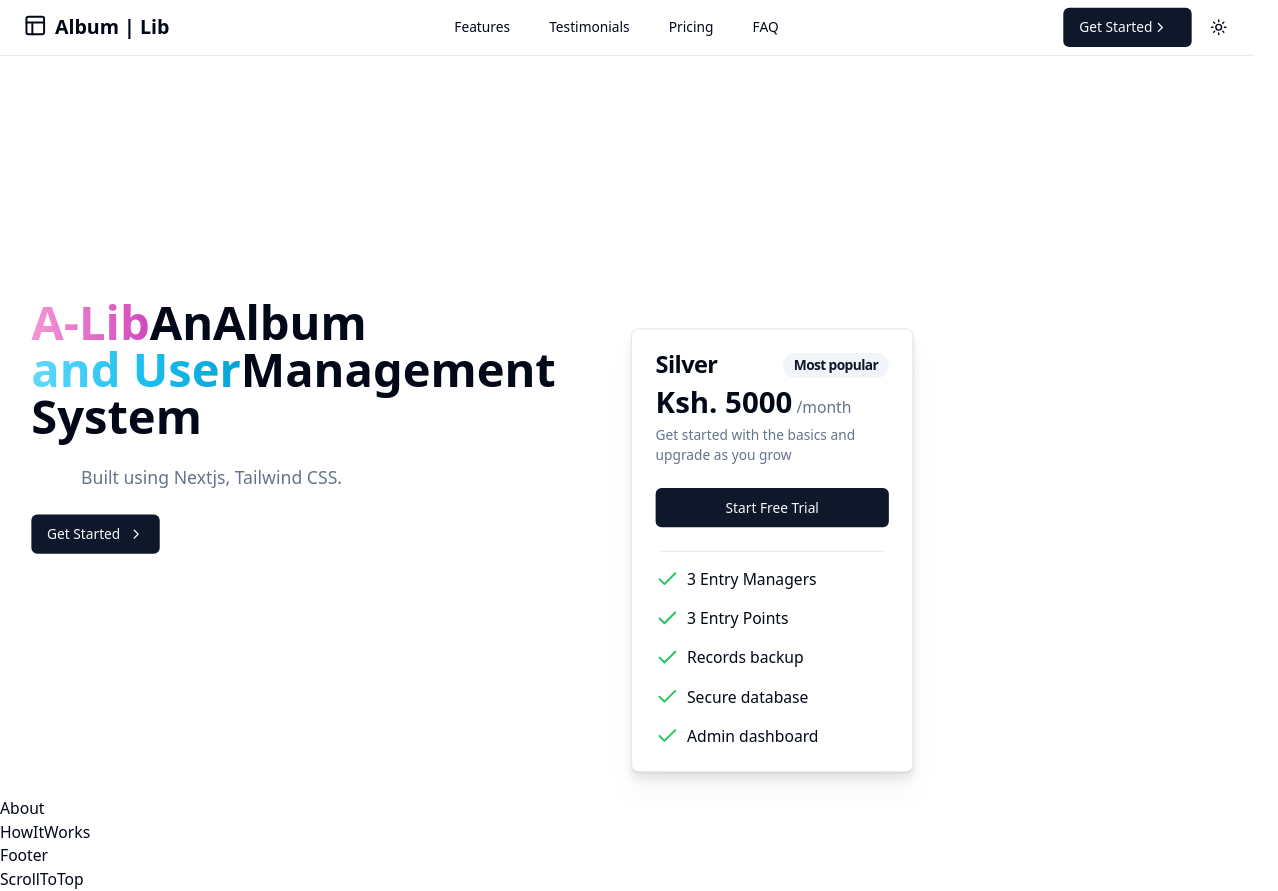
Repository: DevLaukey/savannah-informatics-test
Page: /
The author's editor kept a copy of each file at every save. The page is drawn from the files as they stood at one save, then again after the next save.
The browser window is 1280 px wide. The page is 1294 px wide, then 1304 px, so the pictures cover 1304 px, including what lies to the right of the window. The pictures show the whole page, at 98% of full size.
The project was rebuilt for these pictures with package versions that can differ from the ones it lists, and the page was loaded fresh each time. The framework's server and built-in components were replaced by stand-ins that run in the browser. Also part of the build but not shown: next.config.mjs, components/ui/avatar.jsx, components/landing-page/LightBulbIcon.jsx.

Above is the page before, as saved 2024-06-04 22:00:32.

### app/layout.jsx
import "./globals.css";
import { Inter as FontSans } from "next/font/google";

import { cn } from "@/lib/utils";
import { ThemeProvider } from "@/lib/theme-provider";

const fontSans = FontSans({
  subsets: ["latin"],
  variable: "--font-sans",
});

export default function RootLayout({ children }) {
  return (
    <html lang="en" suppressHydrationWarning>
      <head />
      <body
        className={cn(
          "min-h-screen bg-background font-sans antialiased",
          fontSans.variable
        )}
      >
        <ThemeProvider
          attribute="class"
          defaultTheme="system"
          enableSystem
          disableTransitionOnChange
        >
          {children}
        </ThemeProvider>
      </body>
    </html>
  );
}

### app/page.jsx
import Footer from "@/components/Footer";
import About from "@/components/landing-page/About";
import Hero from "@/components/landing-page/Hero";
import HowItWorks from "@/components/landing-page/HowItWorks";
import Navbar from "@/components/Navbar";
import ScrollToTop from "@/components/ScrollToTop";


// this is the landing page
export default function Home() {
  return (
    <>
      <Navbar />
      <Hero />
      <About />
      <HowItWorks />
      <Footer />
      <ScrollToTop />
    </>
  );
}

### components/landing-page/Hero.jsx
import { ChevronRight } from "lucide-react";
import { HeroCards } from "./HeroCards";
import { Button, buttonVariants } from "@/components/ui/button";

const Hero = () => {
  return (
    <section className="w-full container grid grid-cols-1 md:grid-cols-2 place-items-center py-20 md:py-32 ">
      <div className="text-center md:text-left space-y-6">
        <main className="text-3xl md:text-5xl font-bold">
          <h1 className="inline-block">
            <span className="inline bg-gradient-to-r from-[#F596D3] to-[#D247BF] text-transparent bg-clip-text">
              A-Lib
            </span>
            An
          </h1>
          Album
          <h2 className="inline-block">
            <span className="inline bg-gradient-to-r from-[#61DAFB] via-[#1fc0f1] to-[#03a3d7] text-transparent bg-clip-text">
              and User
            </span>
            Management System
          </h2>
        </main>

        <p className="text-lg text-muted-foreground md:w-10/12 mx-auto">
          Built using Nextjs, Tailwind CSS.
        </p>

        <Button
          type="button"
          className={
            "flex justify-center items-center" + buttonVariants({ variant: "primary" })
          }
        >
          Get Started
          <ChevronRight className="ml-2 h-4 w-4" />
        </Button>
      </div>

      {/* Hero cards sections */}
      <div className="z-10">
        <HeroCards />
      </div>

      {/* Shadow effect */}
      <div className="shadow"></div>
    </section>
  );
};

export default Hero;

### components/landing-page/HowItWorks.jsx
import React from 'react'

function HowItWorks() {
  return (
    <div>HowItWorks</div>
  )
}

export default HowItWorks

### components/Navbar.jsx
"use client";
import React, { useState } from "react";
import {
  NavigationMenu,
  NavigationMenuItem,
  NavigationMenuList,
} from "@/components/ui/navigation-menu";
import {
  Sheet,
  SheetContent,
  SheetHeader,
  SheetTitle,
  SheetTrigger,
} from "@/components/ui/sheet";
import { Button, buttonVariants } from "./ui/button";
import { ChevronRight, Menu } from "lucide-react";
import ModeToggle from "./mode-toggle";
import { LogoIcon } from "./Icons";

const routeList = [
  {
    href: "#features",
    label: "Features",
  },
  {
    href: "#testimonials",
    label: "Testimonials",
  },
  {
    href: "#pricing",
    label: "Pricing",
  },
  {
    href: "#faq",
    label: "FAQ",
  },
];

const Navbar = () => {
  const [isOpen, setIsOpen] = useState(false);
  return (
    <header className="sticky border-b-[1px] top-0 z-40 w-full bg-white dark:border-b-slate-700 dark:bg-background">
      <NavigationMenu className="mx-auto">
        <NavigationMenuList className="container h-14 px-4 w-screen flex justify-between">
          <NavigationMenuItem className="font-bold flex">
            <a
              rel="noreferrer noopener"
              href="/"
              className="ml-2 font-bold text-xl flex"
            >
              <LogoIcon />
              Album | Lib
            </a>
          </NavigationMenuItem>

          {/* mobile */}
          <span className="flex md:hidden">
            <ModeToggle />

            <Sheet open={isOpen} onOpenChange={setIsOpen}>
              <SheetTrigger className="px-2">
                <Menu
                  className="flex md:hidden h-5 w-5"
                  onClick={() => setIsOpen(true)}
                >
                  <span className="sr-only">Menu Icon</span>
                </Menu>
              </SheetTrigger>

              <SheetContent side={"left"}>
                <SheetHeader>
                  <SheetTitle className="font-bold text-xl">
                    Shadcn/React
                  </SheetTitle>
                </SheetHeader>
                <nav className="flex flex-col justify-center items-center gap-2 mt-4">
                  {routeList.map(({ href, label }) => (
                    <a
                      rel="noreferrer noopener"
                      key={label}
                      href={href}
                      onClick={() => setIsOpen(false)}
                      className={buttonVariants({ variant: "ghost" })}
                    >
                      {label}
                    </a>
                  ))}
                  <Button>
                    Get Started
                    <ChevronRight className="mr-2 h-4 w-4" />
                  </Button>
                </nav>
              </SheetContent>
            </Sheet>
          </span>

          {/* desktop */}
          <nav className="hidden md:flex gap-2">
            {routeList.map((route, i) => (
              <a
                rel="noreferrer noopener"
                href={route.href}
                key={i}
                className={`text-[17px] ${buttonVariants({
                  variant: "ghost",
                })}`}
              >
                {route.label}
              </a>
            ))}
          </nav>

          <div className="hidden md:flex gap-2">
            <Button>
              Get Started
              <ChevronRight className="mr-2 h-4 w-4" />
            </Button>
            <ModeToggle />
          </div>
        </NavigationMenuList>
      </NavigationMenu>
    </header>
  );
};
export default Navbar;

### components/ScrollToTop.jsx
import React from 'react'

function ScrollToTop() {
  return (
    <div>ScrollToTop</div>
  )
}

export default ScrollToTop

### components/ui/button.jsx
import * as React from "react"
import { Slot } from "@radix-ui/react-slot"
import { cva } from "class-variance-authority";

import { cn } from "@/lib/utils"

const buttonVariants = cva(
  "inline-flex items-center justify-center whitespace-nowrap rounded-md text-sm font-medium ring-offset-background transition-colors focus-visible:outline-none focus-visible:ring-2 focus-visible:ring-ring focus-visible:ring-offset-2 disabled:pointer-events-none disabled:opacity-50",
  {
    variants: {
      variant: {
        default: "bg-primary text-primary-foreground hover:bg-primary/90",
        destructive:
          "bg-destructive text-destructive-foreground hover:bg-destructive/90",
        outline:
          "border border-input bg-background hover:bg-accent hover:text-accent-foreground",
        secondary:
          "bg-secondary text-secondary-foreground hover:bg-secondary/80",
        ghost: "hover:bg-accent hover:text-accent-foreground",
        link: "text-primary underline-offset-4 hover:underline",
      },
      size: {
        default: "h-10 px-4 py-2",
        sm: "h-9 rounded-md px-3",
        lg: "h-11 rounded-md px-8",
        icon: "h-10 w-10",
      },
    },
    defaultVariants: {
      variant: "default",
      size: "default",
    },
  }
)

const Button = React.forwardRef(({ className, variant, size, asChild = false, ...props }, ref) => {
  const Comp = asChild ? Slot : "button"
  return (
    (<Comp
      className={cn(buttonVariants({ variant, size, className }))}
      ref={ref}
      {...props} />)
  );
})
Button.displayName = "Button"

export { Button, buttonVariants }

### components/ui/navigation-menu.jsx
import * as React from "react"
import * as NavigationMenuPrimitive from "@radix-ui/react-navigation-menu"
import { cva } from "class-variance-authority"
import { ChevronDown } from "lucide-react"

import { cn } from "@/lib/utils"

const NavigationMenu = React.forwardRef(({ className, children, ...props }, ref) => (
  <NavigationMenuPrimitive.Root
    ref={ref}
    className={cn(
      "relative z-10 flex max-w-max flex-1 items-center justify-center",
      className
    )}
    {...props}>
    {children}
    <NavigationMenuViewport />
  </NavigationMenuPrimitive.Root>
))
NavigationMenu.displayName = NavigationMenuPrimitive.Root.displayName

const NavigationMenuList = React.forwardRef(({ className, ...props }, ref) => (
  <NavigationMenuPrimitive.List
    ref={ref}
    className={cn(
      "group flex flex-1 list-none items-center justify-center space-x-1",
      className
    )}
    {...props} />
))
NavigationMenuList.displayName = NavigationMenuPrimitive.List.displayName

const NavigationMenuItem = NavigationMenuPrimitive.Item

const navigationMenuTriggerStyle = cva(
  "group inline-flex h-10 w-max items-center justify-center rounded-md bg-background px-4 py-2 text-sm font-medium transition-colors hover:bg-accent hover:text-accent-foreground focus:bg-accent focus:text-accent-foreground focus:outline-none disabled:pointer-events-none disabled:opacity-50 data-[active]:bg-accent/50 data-[state=open]:bg-accent/50"
)

const NavigationMenuTrigger = React.forwardRef(({ className, children, ...props }, ref) => (
  <NavigationMenuPrimitive.Trigger
    ref={ref}
    className={cn(navigationMenuTriggerStyle(), "group", className)}
    {...props}>
    {children}{" "}
    <ChevronDown
      className="relative top-[1px] ml-1 h-3 w-3 transition duration-200 group-data-[state=open]:rotate-180"
      aria-hidden="true" />
  </NavigationMenuPrimitive.Trigger>
))
NavigationMenuTrigger.displayName = NavigationMenuPrimitive.Trigger.displayName

const NavigationMenuContent = React.forwardRef(({ className, ...props }, ref) => (
  <NavigationMenuPrimitive.Content
    ref={ref}
    className={cn(
      "left-0 top-0 w-full data-[motion^=from-]:animate-in data-[motion^=to-]:animate-out data-[motion^=from-]:fade-in data-[motion^=to-]:fade-out data-[motion=from-end]:slide-in-from-right-52 data-[motion=from-start]:slide-in-from-left-52 data-[motion=to-end]:slide-out-to-right-52 data-[motion=to-start]:slide-out-to-left-52 md:absolute md:w-auto ",
      className
    )}
    {...props} />
))
NavigationMenuContent.displayName = NavigationMenuPrimitive.Content.displayName

const NavigationMenuLink = NavigationMenuPrimitive.Link

const NavigationMenuViewport = React.forwardRef(({ className, ...props }, ref) => (
  <div className={cn("absolute left-0 top-full flex justify-center")}>
    <NavigationMenuPrimitive.Viewport
      className={cn(
        "origin-top-center relative mt-1.5 h-[var(--radix-navigation-menu-viewport-height)] w-full overflow-hidden rounded-md border bg-popover text-popover-foreground shadow-lg data-[state=open]:animate-in data-[state=closed]:animate-out data-[state=closed]:zoom-out-95 data-[state=open]:zoom-in-90 md:w-[var(--radix-navigation-menu-viewport-width)]",
        className
      )}
      ref={ref}
      {...props} />
  </div>
))
NavigationMenuViewport.displayName =
  NavigationMenuPrimitive.Viewport.displayName

const NavigationMenuIndicator = React.forwardRef(({ className, ...props }, ref) => (
  <NavigationMenuPrimitive.Indicator
    ref={ref}
    className={cn(
      "top-full z-[1] flex h-1.5 items-end justify-center overflow-hidden data-[state=visible]:animate-in data-[state=hidden]:animate-out data-[state=hidden]:fade-out data-[state=visible]:fade-in",
      className
    )}
    {...props}>
    <div
      className="relative top-[60%] h-2 w-2 rotate-45 rounded-tl-sm bg-border shadow-md" />
  </NavigationMenuPrimitive.Indicator>
))
NavigationMenuIndicator.displayName =
  NavigationMenuPrimitive.Indicator.displayName

export {
  navigationMenuTriggerStyle,
  NavigationMenu,
  NavigationMenuList,
  NavigationMenuItem,
  NavigationMenuContent,
  NavigationMenuTrigger,
  NavigationMenuLink,
  NavigationMenuIndicator,
  NavigationMenuViewport,
}

### components/ui/sheet.jsx
"use client";
import * as React from "react"
import * as SheetPrimitive from "@radix-ui/react-dialog"
import { cva } from "class-variance-authority";
import { X } from "lucide-react"

import { cn } from "@/lib/utils"

const Sheet = SheetPrimitive.Root

const SheetTrigger = SheetPrimitive.Trigger

const SheetClose = SheetPrimitive.Close

const SheetPortal = SheetPrimitive.Portal

const SheetOverlay = React.forwardRef(({ className, ...props }, ref) => (
  <SheetPrimitive.Overlay
    className={cn(
      "fixed inset-0 z-50 bg-black/80  data-[state=open]:animate-in data-[state=closed]:animate-out data-[state=closed]:fade-out-0 data-[state=open]:fade-in-0",
      className
    )}
    {...props}
    ref={ref} />
))
SheetOverlay.displayName = SheetPrimitive.Overlay.displayName

const sheetVariants = cva(
  "fixed z-50 gap-4 bg-background p-6 shadow-lg transition ease-in-out data-[state=open]:animate-in data-[state=closed]:animate-out data-[state=closed]:duration-300 data-[state=open]:duration-500",
  {
    variants: {
      side: {
        top: "inset-x-0 top-0 border-b data-[state=closed]:slide-out-to-top data-[state=open]:slide-in-from-top",
        bottom:
          "inset-x-0 bottom-0 border-t data-[state=closed]:slide-out-to-bottom data-[state=open]:slide-in-from-bottom",
        left: "inset-y-0 left-0 h-full w-3/4 border-r data-[state=closed]:slide-out-to-left data-[state=open]:slide-in-from-left sm:max-w-sm",
        right:
          "inset-y-0 right-0 h-full w-3/4  border-l data-[state=closed]:slide-out-to-right data-[state=open]:slide-in-from-right sm:max-w-sm",
      },
    },
    defaultVariants: {
      side: "right",
    },
  }
)

const SheetContent = React.forwardRef(({ side = "right", className, children, ...props }, ref) => (
  <SheetPortal>
    <SheetOverlay />
    <SheetPrimitive.Content ref={ref} className={cn(sheetVariants({ side }), className)} {...props}>
      {children}
      <SheetPrimitive.Close
        className="absolute right-4 top-4 rounded-sm opacity-70 ring-offset-background transition-opacity hover:opacity-100 focus:outline-none focus:ring-2 focus:ring-ring focus:ring-offset-2 disabled:pointer-events-none data-[state=open]:bg-secondary">
        <X className="h-4 w-4" />
        <span className="sr-only">Close</span>
      </SheetPrimitive.Close>
    </SheetPrimitive.Content>
  </SheetPortal>
))
SheetContent.displayName = SheetPrimitive.Content.displayName

const SheetHeader = ({
  className,
  ...props
}) => (
  <div
    className={cn("flex flex-col space-y-2 text-center sm:text-left", className)}
    {...props} />
)
SheetHeader.displayName = "SheetHeader"

const SheetFooter = ({
  className,
  ...props
}) => (
  <div
    className={cn("flex flex-col-reverse sm:flex-row sm:justify-end sm:space-x-2", className)}
    {...props} />
)
SheetFooter.displayName = "SheetFooter"

const SheetTitle = React.forwardRef(({ className, ...props }, ref) => (
  <SheetPrimitive.Title
    ref={ref}
    className={cn("text-lg font-semibold text-foreground", className)}
    {...props} />
))
SheetTitle.displayName = SheetPrimitive.Title.displayName

const SheetDescription = React.forwardRef(({ className, ...props }, ref) => (
  <SheetPrimitive.Description
    ref={ref}
    className={cn("text-sm text-muted-foreground", className)}
    {...props} />
))
SheetDescription.displayName = SheetPrimitive.Description.displayName

export {
  Sheet,
  SheetPortal,
  SheetOverlay,
  SheetTrigger,
  SheetClose,
  SheetContent,
  SheetHeader,
  SheetFooter,
  SheetTitle,
  SheetDescription,
}

### components/mode-toggle.jsx
import React from "react";
import { Button } from "@/components/ui/button";
import {
  DropdownMenu,
  DropdownMenuContent,
  DropdownMenuItem,
  DropdownMenuTrigger,
} from "@/components/ui/dropdown-menu";
import { useTheme } from "@/lib/theme-provider";
import { Moon, Sun } from "lucide-react";

export default function ModeToggle() {
  const { setTheme } = useTheme();

  return (
    <DropdownMenu>
      <DropdownMenuTrigger asChild>
        <Button variant="ghost" size="icon" className="ghost">
          <Sun className="h-[1.1rem] w-[1.2rem] rotate-0 scale-100 transition-all dark:-rotate-90 dark:scale-0" />
          <Moon className="absolute h-[1.1rem] w-[1.2rem] rotate-90 scale-0 transition-all dark:rotate-0 dark:scale-100" />
          <span className="sr-only">Toggle theme</span>
        </Button>
      </DropdownMenuTrigger>
      <DropdownMenuContent align="end">
        <DropdownMenuItem onClick={() => setTheme("light")}>
          Light
        </DropdownMenuItem>
        <DropdownMenuItem onClick={() => setTheme("dark")}>
          Dark
        </DropdownMenuItem>
        <DropdownMenuItem onClick={() => setTheme("system")}>
          System
        </DropdownMenuItem>
      </DropdownMenuContent>
    </DropdownMenu>
  );
}

### components/Icons.jsx
export const LogoIcon = () => {
  return (
    <svg
      xmlns="http://www.w3.org/2000/svg"
      viewBox="0 0 24 24"
      fill="none"
      stroke="currentColor"
      strokeWidth="2"
      strokeLinecap="round"
      strokeLinejoin="round"
      className="lucide lucide-panels-top-left mr-2 w-6 h-6"
    >
      <rect width="18" height="18" x="3" y="3" rx="2" />
      <path d="M3 9h18" />
      <path d="M9 21V9" />
    </svg>
  );
};

### components/ui/badge.jsx
import * as React from "react"
import { cva } from "class-variance-authority";

import { cn } from "@/lib/utils"

const badgeVariants = cva(
  "inline-flex items-center rounded-full border px-2.5 py-0.5 text-xs font-semibold transition-colors focus:outline-none focus:ring-2 focus:ring-ring focus:ring-offset-2",
  {
    variants: {
      variant: {
        default:
          "border-transparent bg-primary text-primary-foreground hover:bg-primary/80",
        secondary:
          "border-transparent bg-secondary text-secondary-foreground hover:bg-secondary/80",
        destructive:
          "border-transparent bg-destructive text-destructive-foreground hover:bg-destructive/80",
        outline: "text-foreground",
      },
    },
    defaultVariants: {
      variant: "default",
    },
  }
)

function Badge({
  className,
  variant,
  ...props
}) {
  return (<div className={cn(badgeVariants({ variant }), className)} {...props} />);
}

export { Badge, badgeVariants }

### components/ui/card.jsx
import * as React from "react"

import { cn } from "@/lib/utils"

const Card = React.forwardRef(({ className, ...props }, ref) => (
  <div
    ref={ref}
    className={cn("rounded-lg border bg-card text-card-foreground shadow-sm", className)}
    {...props} />
))
Card.displayName = "Card"

const CardHeader = React.forwardRef(({ className, ...props }, ref) => (
  <div
    ref={ref}
    className={cn("flex flex-col space-y-1.5 p-6", className)}
    {...props} />
))
CardHeader.displayName = "CardHeader"

const CardTitle = React.forwardRef(({ className, ...props }, ref) => (
  <h3
    ref={ref}
    className={cn("text-2xl font-semibold leading-none tracking-tight", className)}
    {...props} />
))
CardTitle.displayName = "CardTitle"

const CardDescription = React.forwardRef(({ className, ...props }, ref) => (
  <p
    ref={ref}
    className={cn("text-sm text-muted-foreground", className)}
    {...props} />
))
CardDescription.displayName = "CardDescription"

const CardContent = React.forwardRef(({ className, ...props }, ref) => (
  <div ref={ref} className={cn("p-6 pt-0", className)} {...props} />
))
CardContent.displayName = "CardContent"

const CardFooter = React.forwardRef(({ className, ...props }, ref) => (
  <div
    ref={ref}
    className={cn("flex items-center p-6 pt-0", className)}
    {...props} />
))
CardFooter.displayName = "CardFooter"

export { Card, CardHeader, CardFooter, CardTitle, CardDescription, CardContent }

Loaded but not shown: app/globals.css (common file); lib/utils.js (common file); components/Footer.jsx (common file); components/landing-page/About.jsx (common file); tailwind.config.js (82 lines, source omitted); lib/theme-provider.js (60 lines, source omitted); components/ui/dropdown-menu.jsx (157 lines, source omitted); components/landing-page/HeroCards.jsx (164 lines, source omitted)

After the next save:
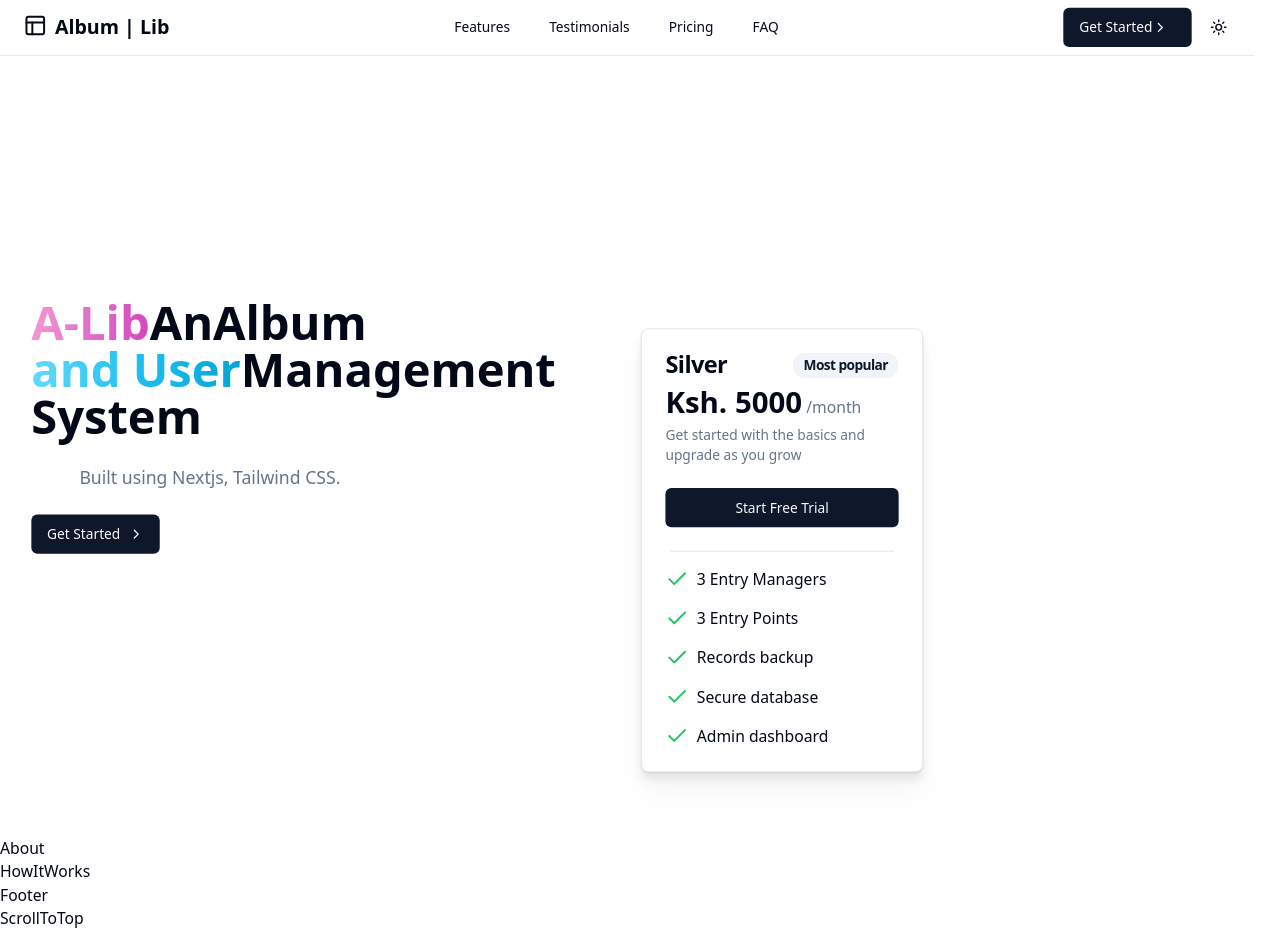
Saved 7 s later.
--- a/components/landing-page/Hero.jsx
+++ b/components/landing-page/Hero.jsx
@@ -4,7 +4,7 @@ import { Button, buttonVariants } from "@/components/ui/button";
 
 const Hero = () => {
   return (
-    <section className="w-full container grid grid-cols-1 md:grid-cols-2 place-items-center py-20 md:py-32 ">
+    <section className="w-full container grid grid-cols-1 md:grid-cols-2 place-items-center py-20 md:py-32 gap-10">
       <div className="text-center md:text-left space-y-6">
         <main className="text-3xl md:text-5xl font-bold">
           <h1 className="inline-block">
